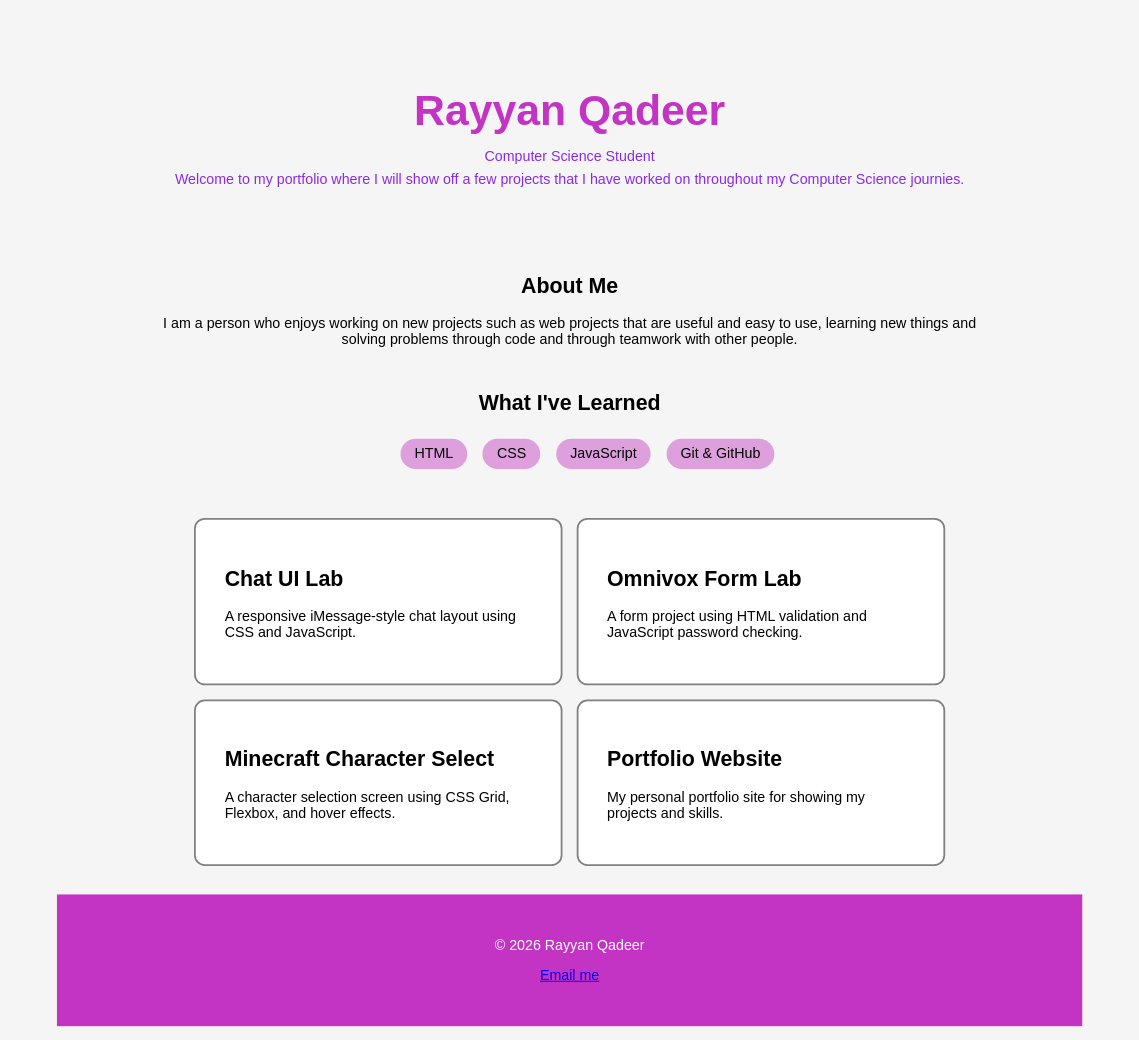
Repository: rayyan-qadeer/rayyan-qadeer
Page: index.html
An editor plug-in stored every save of this project. The page is shown before and after the next save, followed by the edit.
The browser window is 1280 px wide. The pictures show the whole page, at 89% of full size.

Above is the page before, as saved 2026-05-20 18:04:59.

### index.html
<!doctype html>
<html lang="en">
  <head>
    <meta charset="UTF-8" />
    <meta name="viewport" content="width=device-width, initial-scale=1.0" />
    <title>Rayyan Qadeer Portfolio</title>
    <link rel="stylesheet" href="./styles/globals.css" />
    <link rel="stylesheet" href="./styles/index.css" />
  </head>
  <body>
    <main>
      <header>
        <h1>Rayyan Qadeer</h1>
        <p class="subtitle">Computer Science Student</p>
        <p class="description">
          Welcome to my portfolio where I will show off a few projects that I
          have worked on throughout my Computer Science journies.
        </p>
      </header>

      <section class="about">
        <h2>About Me</h2>
        <p>
          I am a person who enjoys working on new projects such as web projects
          that are useful and easy to use, learning new things and solving
          problems through code and through teamwork with other people.
        </p>
      </section>

      <section class="skills">
        <h2>What I've Learned</h2>
        <ul>
          <li>HTML</li>
          <li>CSS</li>
          <li>JavaScript</li>
          <li>Git & GitHub</li>
        </ul>
      </section>

      <section class="projects">
        <a class="card" href="./pages/chat-ui.html">
          <h2>Chat UI Lab</h2>
          <p>
            A responsive iMessage-style chat layout using CSS and JavaScript.
          </p>
        </a>

        <a class="card" href="./pages/omnivox-form.html">
          <h2>Omnivox Form Lab</h2>
          <p>
            A form project using HTML validation and JavaScript password
            checking.
          </p>
        </a>

        <a class="card" href="./pages/minecraft-character-select.html">
          <h2>Minecraft Character Select</h2>
          <p>
            A character selection screen using CSS Grid, Flexbox, and hover
            effects.
          </p>
        </a>

        <a class="card">
          <h2>Portfolio Website</h2>
          <p>My personal portfolio site for showing my projects and skills.</p>
        </a>
      </section>

      <footer>
        <p>© 2026 Rayyan Qadeer</p>
        <p>
          <a href="mailto:rayyanqadeer@outlook.com">Email me</a>
        </p>
      </footer>
    </main>
  </body>
</html>

### styles/globals.css
body {
    margin: 0rem;
    font-family: Arial, Helvetica, sans-serif;
    background-color: whitesmoke;
    color: black;
}

### styles/index.css
main {
  padding: 1rem;
  max-width: 90%;
  margin: 0 auto;
}

header {
  text-align: center;
  margin-bottom: 3rem;
  padding: 3rem 1rem;
}

header h1 {
  font-size: 3rem;
  margin-bottom: 0.5rem;
  color: rgb(196, 52, 196);
}

.subtitle {
  color: blueviolet;
  margin-bottom: 0.5rem;
}

.description {
  max-width: 80%;
  margin: 0 auto;
  color: blueviolet;
}

.about,
.skills {
  text-align: center;
  max-width: 80%;
  margin: 3rem auto;
}

.skills li {
  display: inline-block;
  margin: 0.4rem;
  padding: 0.5rem 1rem;
  background-color: plum;
  border-radius: 20px;
}

.projects {
  display: flex;
  flex-direction: column;
  gap: 1rem;
  margin: 2rem auto;
}

.card {
  background-color: white;
  padding: 2rem;
  border-radius: 0.75rem;
  border: 2px solid gray;
  text-decoration: none;
  color: black;
}

.card:hover {
  transform: translateY(-4px);
  background-color: plum;
}

footer {
  text-align: center;
  margin-top: 2rem;
  padding: 2rem;
  background-color: rgb(196, 52, 196);
  color: white;
}

@media (min-width: 768px) {
  .projects {
    flex-direction: row;
    flex-wrap: wrap;
    justify-content: center;
  }

  .card {
    width: 48%;
  }
}

@media (min-width: 1024px) {
  .card {
    width: 30%;
  }
}

After the next save:
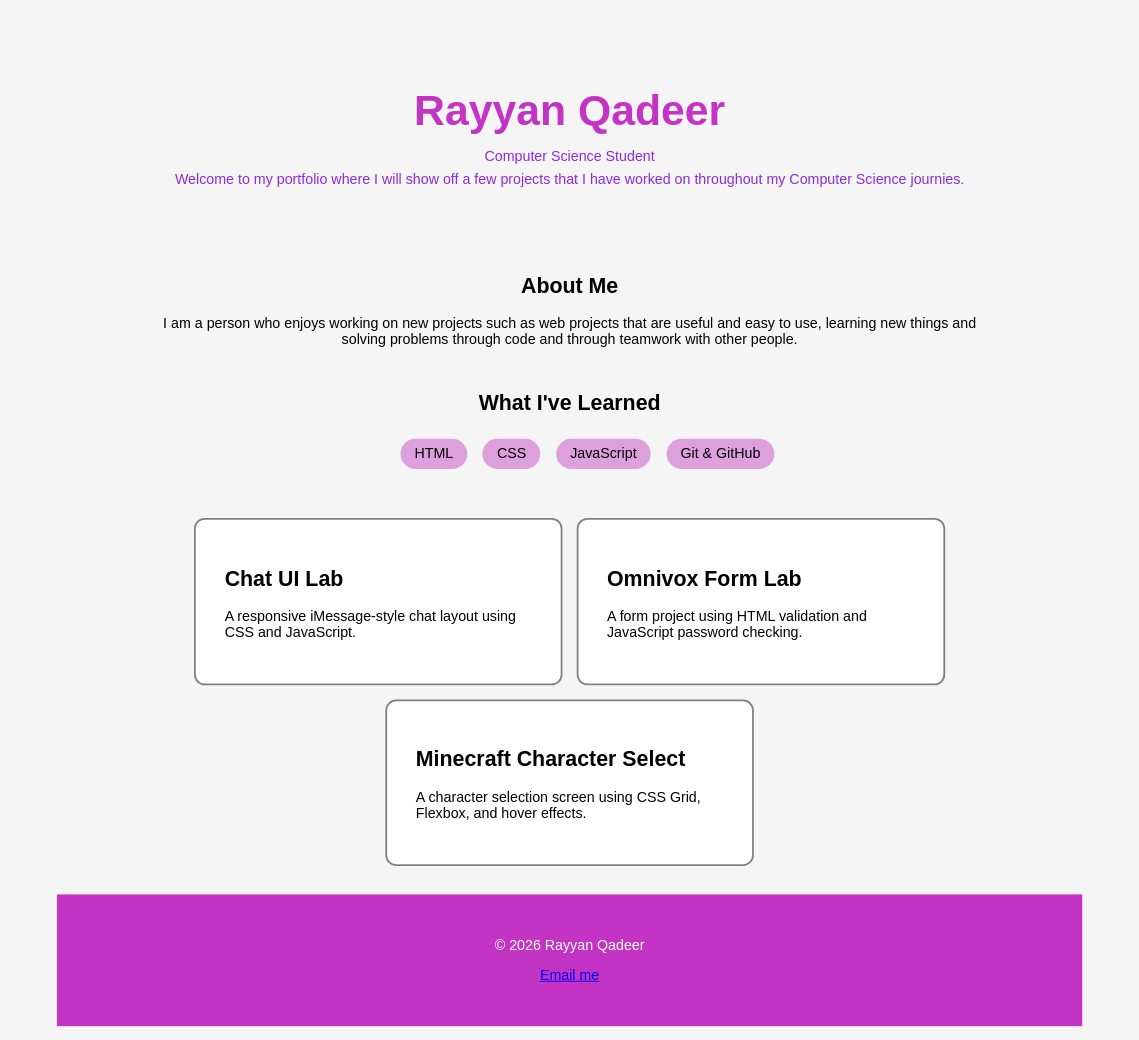
Saved 30 min 46 s later.
--- a/index.html
+++ b/index.html
@@ -60,11 +60,6 @@
             effects.
           </p>
         </a>
-
-        <a class="card">
-          <h2>Portfolio Website</h2>
-          <p>My personal portfolio site for showing my projects and skills.</p>
-        </a>
       </section>
 
       <footer>
